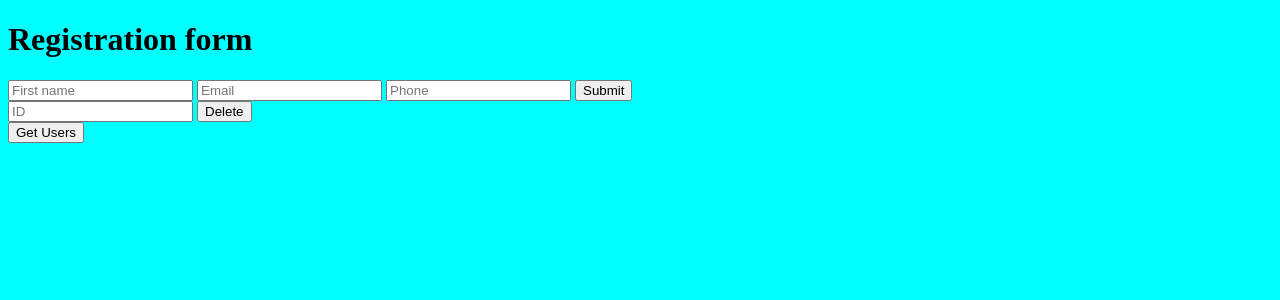
Repository: mediumrtp/CRUD
Page: index.html
An editor plug-in stored every save of this project. The page is shown before and after the next save, followed by the edit.
The browser window is 1280 px wide. The pictures show the whole page.

Above is the page before, as saved 2022-11-18 13:30:08.

### index.html
<!DOCTYPE html>
<html>

<head>
    <link rel="stylesheet" type="text/css" href="css/style.css">
</head>

<body>
    <h1 class="heading">Registration form</h1>
    <form class="form" action="/add_user" method="POST">
        <input type="text" name="empName" placeholder="First name" required>
        <input type="email" name="empEmail" placeholder="Email" required>
        <input type="text" name="empMobile" placeholder="Phone" required>
        <input type="submit" value="Submit">
    </form>
    <form class="delete" action="/delete" method="POST">
        <input type="text" name="id" placeholder="ID" required>
        <input type="submit" value="Delete">
    </form>
    <input type="button" id="btnGetUsers" value="Get Users" />
    <script>
        function httpGet() {
            var xmlHttp = new XMLHttpRequest();
            xmlHttp.open("GET", "http://localhost:8000/view", false); // false for synchronous request
            xmlHttp.send(null);
            console.log(xmlHttp.responseText);
            return xmlHttp.responseText;
        }
        const myBtn = document.getElementById('btnGetUsers');
        myBtn.addEventListener('click', (event) => {
            console.log('clicked');
            httpGet();
        });
    </script>

</body>

</html>

### style.css
body {
    background-color: aqua;
}

.h1 {
    color: red
}

After the next save:
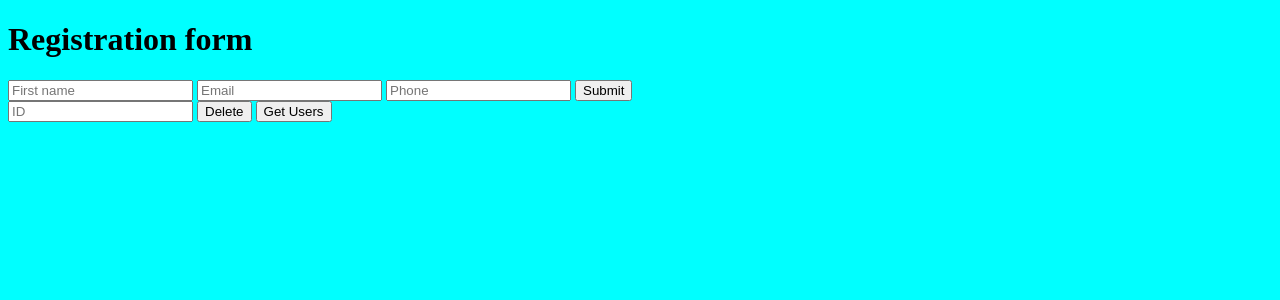
Saved 28 min 1 s later.
--- a/index.html
+++ b/index.html
@@ -16,22 +16,23 @@
     <form class="delete" action="/delete" method="POST">
         <input type="text" name="id" placeholder="ID" required>
         <input type="submit" value="Delete">
+        <input type="button" id="btnGetUsers" value="Get Users" />
+        <script>
+            function httpGet() {
+                var xmlHttp = new XMLHttpRequest();
+                xmlHttp.open("GET", "http://localhost:8000/view", false); // false for synchronous request
+                xmlHttp.send(null);
+                console.log(xmlHttp.responseText);
+                return xmlHttp.responseText;
+            }
+            const myBtn = document.getElementById('btnGetUsers');
+            myBtn.addEventListener('click', (event) => {
+                console.log('clicked');
+                httpGet();
+            });
+        </script>
     </form>
-    <input type="button" id="btnGetUsers" value="Get Users" />
-    <script>
-        function httpGet() {
-            var xmlHttp = new XMLHttpRequest();
-            xmlHttp.open("GET", "http://localhost:8000/view", false); // false for synchronous request
-            xmlHttp.send(null);
-            console.log(xmlHttp.responseText);
-            return xmlHttp.responseText;
-        }
-        const myBtn = document.getElementById('btnGetUsers');
-        myBtn.addEventListener('click', (event) => {
-            console.log('clicked');
-            httpGet();
-        });
-    </script>
+
 
 </body>
 
